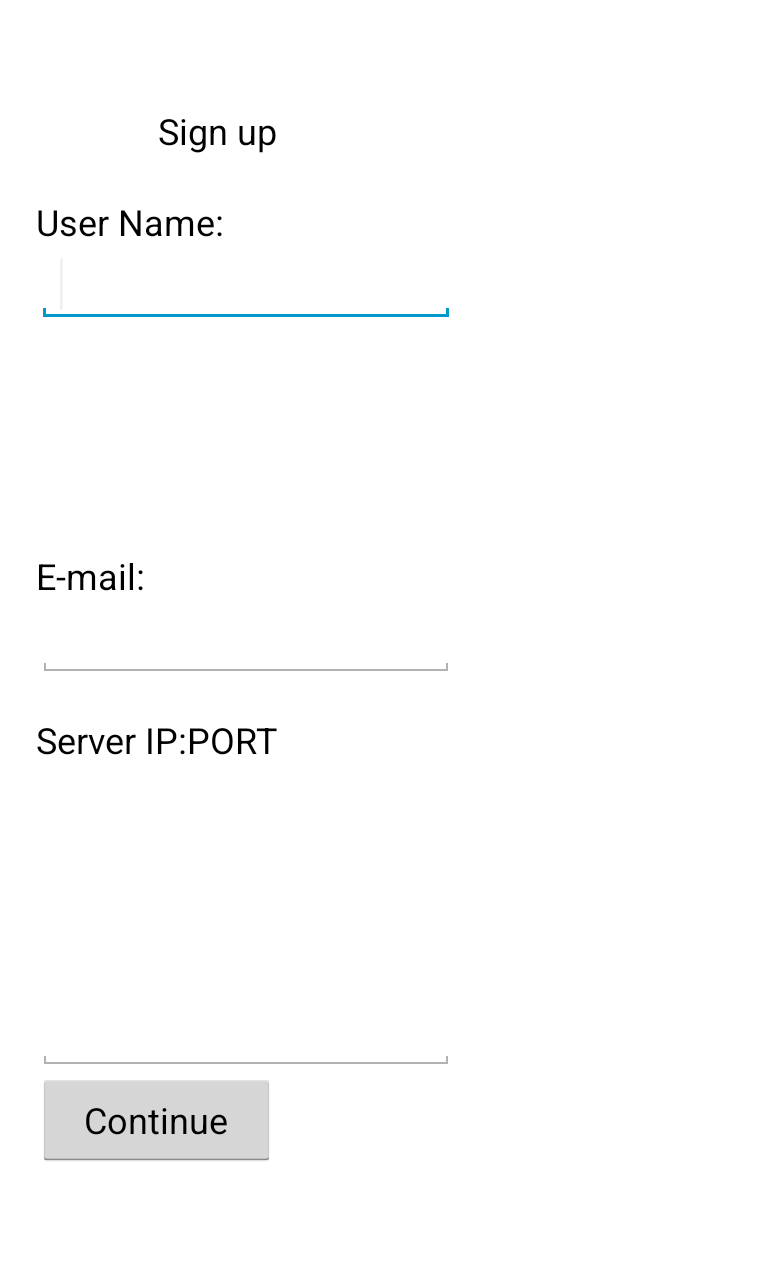
Repository: Teketel/hujeManiita
Layout: workspace/android/Besso/res/layout/activity_main.xml
These files come from the project's save history. The layout is drawn as it stood at one moment and after the next save; the edit follows.
It is drawn on a 768 x 1280 px phone screen (xhdpi) without system bars, with theme AppTheme; the app's code is not run.

Above is the layout before, as saved 2013-02-18 19:41:42.

After the next save:
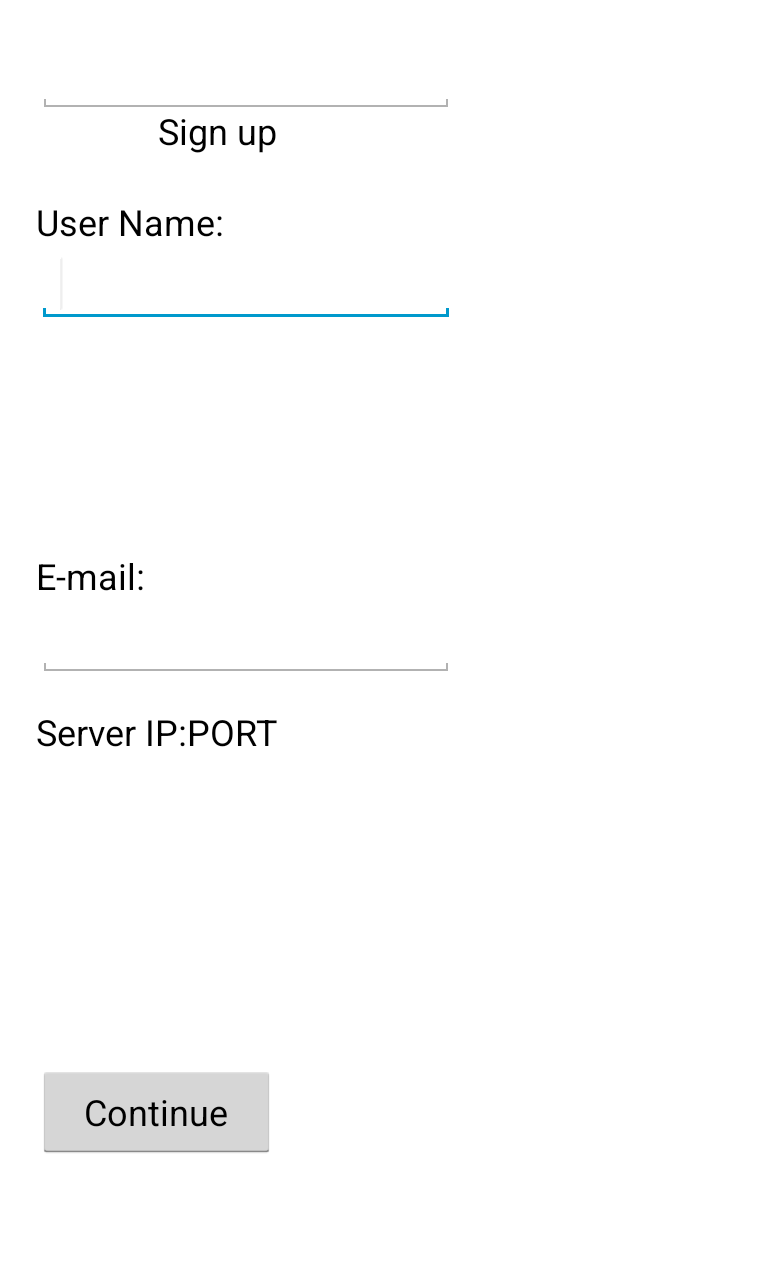
Saved 56 s later.
--- a/workspace/android/Besso/res/layout/activity_main.xml
+++ b/workspace/android/Besso/res/layout/activity_main.xml
@@ -61,23 +61,23 @@
         android:text="E-mail:"
         android:textAppearance="?android:attr/textAppearanceMedium" />
 
-    <EditText
-        android:id="@+id/ipEditText"
-        android:layout_width="wrap_content"
-        android:layout_height="wrap_content"
-        android:layout_above="@+id/button1"
-        android:layout_alignLeft="@+id/button1"
-        android:ems="10" />
-
     <Button
         android:id="@+id/button1"
         android:layout_width="wrap_content"
         android:layout_height="wrap_content"
-        android:layout_alignLeft="@+id/ipTextView"
+        android:layout_alignLeft="@+id/email"
         android:layout_alignParentBottom="true"
         android:layout_alignRight="@+id/ipTextView"
-        android:layout_marginBottom="38dp"
+        android:layout_marginBottom="42dp"
         android:text="Continue" />
+
+    <EditText
+        android:id="@+id/EditText01"
+        android:layout_width="wrap_content"
+        android:layout_height="wrap_content"
+        android:layout_alignParentLeft="true"
+        android:layout_alignParentTop="true"
+        android:ems="10" />
 
     <TextView
         android:id="@+id/ipTextView"
@@ -85,7 +85,7 @@
         android:layout_height="wrap_content"
         android:layout_alignLeft="@+id/email"
         android:layout_below="@+id/email"
-        android:layout_marginTop="18dp"
+        android:layout_marginTop="14dp"
         android:text="Server IP:PORT"
         android:textAppearance="?android:attr/textAppearanceMedium" />
 
